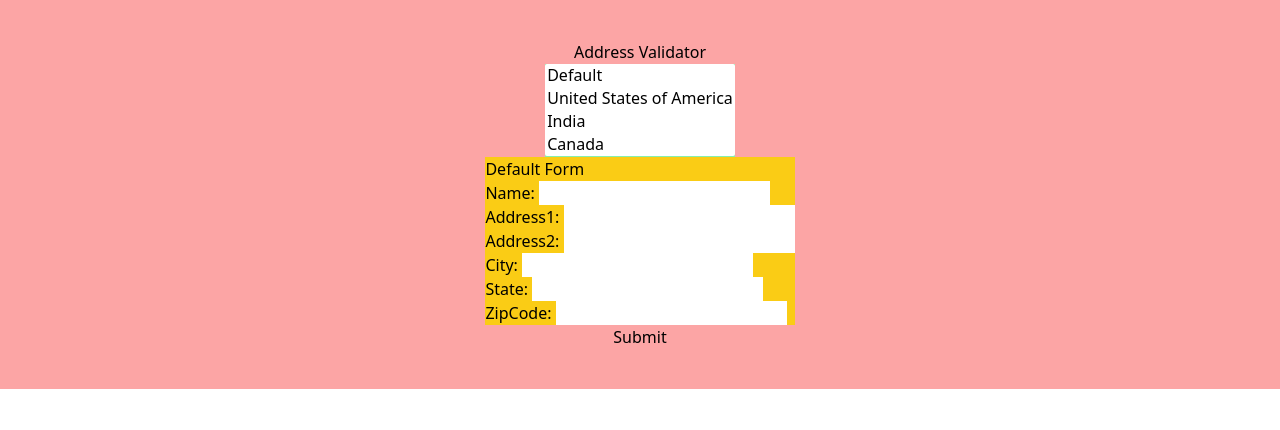
Repository: jay-singhvi/SWArchDesign_TeamProject
Page: / (app in frontend/address-validation/)
An editor plug-in stored every save of this project. The page is shown before and after the next save, followed by the edit.
The browser window is 1280 px wide. The pictures show the whole page.
The project was rebuilt for these pictures with package versions that can differ from the ones it lists, and the page was loaded fresh each time. Also part of the build but not shown: frontend/address-validation/src/App.css.

Above is the page before, as saved 2023-03-07 13:31:31.

### frontend/address-validation/src/App.js

import './App.css';
import React, { useState, setState } from 'react';

// React component for creating and sending POST request
function App() {

  // variables to handle the Request and Response
  const [countryList, setCountryList] = useState("");
  const [formData, setFormData] = useState(null);
  const [responseData, setResponseData] = useState(null);

  // Set of Counries under consideration
  const countries = [
    { name: "Default"},
    { name: "United States of America"},
    { name: "India"},
    { name: "Canada"}
  ];

  // Function to render form based on Countries
  function renderForm() {
    if (countryList.length === 1) {
      console.log(countryList)
        if(countryList.includes("United States of America"))
          return <USAForm setFormData={setFormData} />;
        else if(countryList.includes("India"))
          return <IndiaForm setFormData={setFormData} />;
        else if(countryList.includes("Canada"))
          return <CanadaForm setFormData={setFormData} />;
        else
          return <DefaultForm setFormData={setFormData} />;
    }
    // Renders form for multiple selected countries
    else {
      return <DefaultForm setFormData={setFormData} />
    }
  }

  // Handles selected country and set ths
  function handleSelectedCountry(event) {
    const selectedOptions = Array.from(event.target.selectedOptions);
    const selectedValues = selectedOptions.map(option => option.value);
    setCountryList(selectedValues);
  }

  // Finds address based on the form data
  async function findAddress(event) {
    event.preventDefault();

    // If only one country is selected
    if(countryList.length === 1) {

      //If selected country id default then send country field empty in JSON request
      if(countryList[0] === 'Default')
      {
        countryList[0] = ''
      }
      const updatedFormData = {...formData, "Country": countryList[0]};

      // If form data has Name attribute then search based on name and country
      if(formData !== null && formData.Name !== null){
        try {
          const response = await fetch("http://localhost:5000/api/searchCountriesByClient", {
            method: "POST",
            headers: {
              "Content-Type": "application/json",
            },
            body: JSON.stringify(updatedFormData),
          });

          const data = await response.json();
          setResponseData(data);
        } catch (error) {
          console.error(error);
          setResponseData({ error: "An error occurred" });
        }
      }

      //If name is not mentioned then populate all addresses for that country based on JSON request
      else {
        try {
          const response = await fetch("http://localhost:5000/api/searchCountry", {
            method: "POST",
            headers: {
              "Content-Type": "application/json",
            },
            body: JSON.stringify(updatedFormData),
          });

          const data = await response.json();
          setResponseData(data);
        } catch (error) {
          console.error(error);
          setResponseData({ error: "An error occurred" });
        }
      }
    }
    //If more one country is selected then send the list of countries with JSON request
    else if(countryList.length > 1){
      const updatedFormData = {...formData, "Country": countryList};

      try {
        const response = await fetch("http://localhost:5000//api/searchCountries", {
          method: "POST",
          headers: {
            "Content-Type": "application/json",
          },
          body: JSON.stringify(updatedFormData),
        });

        const data = await response.json();
        setResponseData(data);
      } catch (error) {
        console.error(error);
        setResponseData({ error: "An error occurred" });
      }
    }
    // If only name is mentioned then look for that name in all countries
    else if(formData !== null && formData.Name !== null){
      try {
        const response = await fetch("http://localhost:5000/api/searchCountriesByClient", {
          method: "POST",
          headers: {
            "Content-Type": "application/json",
          },
          body: JSON.stringify(formData),
        });

        const data = await response.json();
        setResponseData(data);
      } catch (error) {
        console.error(error);
        setResponseData({ error: "An error occurred" });
      }
    }
    setFormData({});
  }

  // Give all the options of countries to user for selection
  return (
    <div className=' bg-red-300 py-10 flex flex-col items-center'>
      <h1>Address Validator</h1>
      <div className=' bg-green-300'>
        <select multiple value={countryList} onChange={handleSelectedCountry}>
          {countries.map((country) => (
            <option key={country.name} value={country.name}>
              {country.name}
            </option>
          ))}
        </select>
      </div>

      {renderForm()}

      <button type="submit" onClick={findAddress}>
          Submit
        </button>

      {responseData && (
        <div>
          <h2>Post Result:</h2>
          <pre>{JSON.stringify(responseData, null, 2)}</pre>
        </div>
      )}

    </div>

  );
}

// React component to render USA specific form
function USAForm({setFormData}) {
  const [formValues, setFormValues] = useState({});
  function updateForm(event) {
    setFormValues({
      ...formValues,
      [event.target.name]: event.target.value,
    });
    setFormData({
      ...formValues,
      [event.target.name]: event.target.value,
    });
  }

  return (
    <div>
      <form>
        <h2>United States Form</h2>
        Name: <input type="text" name="Name" onChange={updateForm} />
        <br/>
        Address1: <input type="text" name="Address1" onChange={updateForm} />
        <br/>
        Address2: <input type="text" name="Address2" onChange={updateForm} />
        <br/>
        City: <input type="text" name="City" onChange={updateForm} />
        <br/>
        State: <input type="text" name="State" onChange={updateForm} />
        <br/>
        ZipCode: <input type="text" name="Zipcode" onChange={updateForm} />
        <br/>
      </form>
    </div>
  );
}

// React component to render Canada specific form
function CanadaForm({setFormData}) {
  const [formValues, setFormValues] = useState({});
  function updateForm(event) {
    setFormValues({
      ...formValues,
      [event.target.name]: event.target.value,
    });
    setFormData({
      ...formValues,
      [event.target.name]: event.target.value,
    });
  }

  return (
    <div>
      <form>
        <h2>Canada Form</h2>
        Name: <input type="text" name="Name" onChange={updateForm} />
        <br/>
        Address1: <input type="text" name="Address1" onChange={updateForm} />
        <br/>
        Address2: <input type="text" name="Address2" onChange={updateForm} />
        <br/>
        City: <input type="text" name="City" onChange={updateForm} />
        <br/>
        Province: <input type="text" name="State" onChange={updateForm} />
        <br/>
        Postalcode: <input type="text" name="ZipCode" onChange={updateForm} />
      </form>
    </div>
  );
}

// React component to render India specific form
function IndiaForm({setFormData}) {
  const [formValues, setFormValues] = useState({});
  function updateForm(event) {
    setFormValues({
      ...formValues,
      [event.target.name]: event.target.value,
    });
    setFormData({
      ...formValues,
      [event.target.name]: event.target.value,
    });
  }

  return (
    <div>
      <form>
        <h2>India Form</h2>
        Name: <input type="text" name="Name" onChange={updateForm} />
        <br/>
        Street Address: <input type="text" name="Address1" onChange={updateForm} />
        <br/>
        Address2: <input type="text" name="Address2" onChange={updateForm} />
        <br/>
        City: <input type="text" name="City" onChange={updateForm} />
        <br/>
        State: <input type="text" name="State" onChange={updateForm} />
        <br/>
        Pincode: <input type="text" name="ZipCode" onChange={updateForm} />
        <br/>
      </form>
    </div>
  );
}

// React component to render default form
function DefaultForm({setFormData}) {

  const [formValues, setFormValues] = useState({});
  function updateForm(event) {
    setFormValues({
      ...formValues,
      [event.target.name]: event.target.value,
    });
    setFormData({
      ...formValues,
      [event.target.name]: event.target.value,
    });
  }

  return (
    <div className='  bg-yellow-400'>
      <h2>Default Form</h2>
        Name: <input type="text" name="Name" onChange={updateForm} />
        <br/>
        Address1: <input type="text" name="Address1" onChange={updateForm} />
        <br/>
        Address2: <input type="text" name="Address2" onChange={updateForm} />
        <br/>
        City: <input type="text" name="City" onChange={updateForm} />
        <br/>
        State: <input type="text" name="State" onChange={updateForm} />
        <br/>
        ZipCode: <input type="text" name="Zipcode" onChange={updateForm} />
        <br/>
    </div>
  );
}

export default App;

Loaded but not shown: frontend/address-validation/public/index.html (common file); frontend/address-validation/src/index.js (common file); frontend/address-validation/src/index.css (common file); frontend/address-validation/src/reportWebVitals.js (common file); frontend/address-validation/tailwind.config.js (common file)

After the next save:
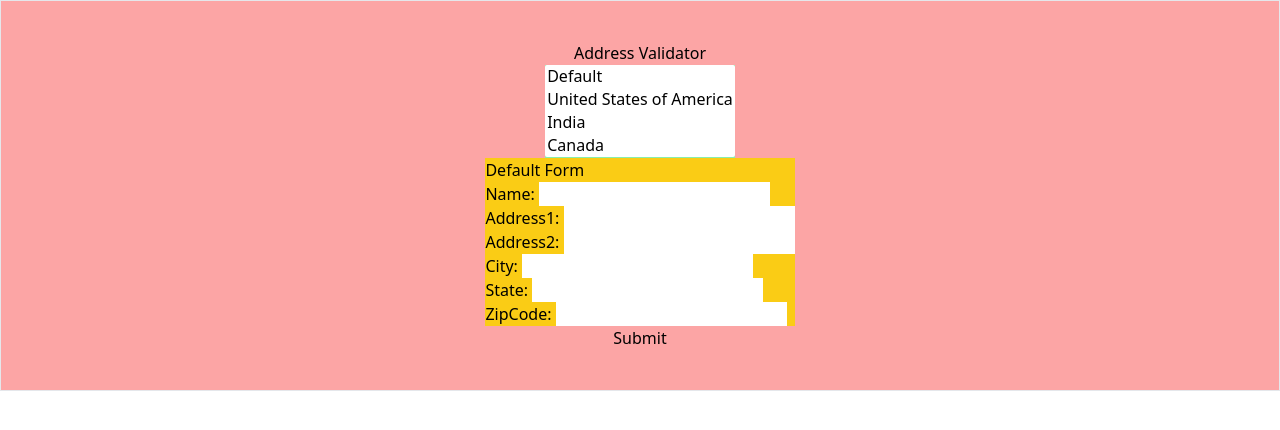
Saved 15 s later.
--- a/frontend/address-validation/src/App.js
+++ b/frontend/address-validation/src/App.js
@@ -139,7 +139,7 @@ function App() {
 
   // Give all the options of countries to user for selection
   return (
-    <div className=' bg-red-300 py-10 flex flex-col items-center'>
+    <div className=' bg-red-300 py-10 flex flex-col items-center border'>
       <h1>Address Validator</h1>
       <div className=' bg-green-300'>
         <select multiple value={countryList} onChange={handleSelectedCountry}>
